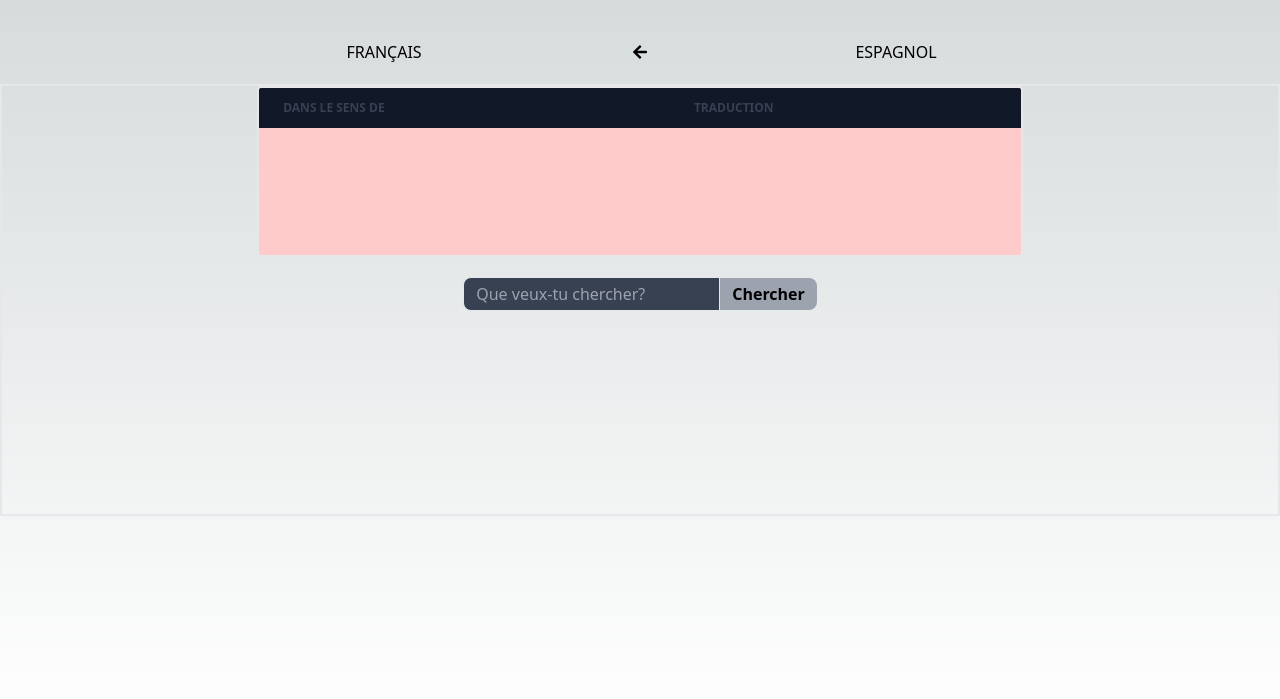
Repository: All-Khwarizmi/Dico
Page: /
The author's editor kept a copy of each file at every save. The page is drawn from the files as they stood at one save, then again after the next save.
The browser window is 1280 px wide. The pictures show the whole page.
The project was rebuilt for these pictures with package versions that can differ from the ones it lists, and the page was loaded fresh each time. The framework's server and built-in components were replaced by stand-ins that run in the browser. Also part of the build but not shown: next.config.js, vite.config.ts.

Above is the page before, as saved 2023-02-17 18:29:14.

### src/app/page.tsx
'use client';
import Image from 'next/image';
import { Inter } from '@next/font/google';
import { FaArrowLeft } from 'react-icons/fa';
import { BsArrowRight } from 'react-icons/bs';
import { FaArrowRight } from 'react-icons/fa';
import EspModal from '@/components/EspModal';
import DicoModal from '@/components/DicoModal';

const inter = Inter({ subsets: ['latin'] });
import parse from 'html-react-parser';
import { useState } from 'react';
import Link from 'next/link';

type Trad = {
  source: string;
  target: string;
};
type Translations = Array<Trad>;
interface TranslationsFetch {
  translations: Array<Trad>;
}
export default function Home() {
  const [word, setWord] = useState<string>('');
  const [isFr, setIsFR] = useState<Boolean>(false);
  const [translations, setTranslations] = useState<Translations>([]);

  const submitWord = (e: React.FormEvent<HTMLFormElement>) => {
    e.preventDefault();
    let check = word.split(' ').length;
    console.log('Submitting', check);
    if (check > 1) {
      return window.alert('1 mot à la fois');
    }
    if (isFr) return fetchDico(word).catch((err) => console.log(err));
     fetchDicoEsp(word).catch((err) => console.log(err));
  };

  const inputWord = (e: React.ChangeEvent<HTMLInputElement>) => {
    return setWord(e.target.value);
  };

  const fetchDico = async (word: string): Promise<void> => {
    console.log('Fetching..');
     const url = 'https://dico-ochre.vercel.app/api/dico';
    const options: RequestInit = {
      method: 'POST',
      headers: {
        'Content-Type': 'text/plain;charset=UTF-8',
      },
      body: JSON.stringify(word),
    };
    const res = await fetch(url, options);
    // eslint-disable-next-line @typescript-eslint/no-unsafe-assignment
    const data = await res.json();
    console.log('Data: ', data);
    // eslint-disable-next-line @typescript-eslint/no-unsafe-assignment
    const { translations }: TranslationsFetch = data;
    setTranslations(translations);
    setWord('');
  };
  const fetchDicoEsp = async (word: string): Promise<void> => {
    console.log('Fetching..');
    const url = 'https://dico-ochre.vercel.app/api/esp';
    const options: RequestInit = {
      method: 'POST',
      headers: {
        'Content-Type': 'text/plain;charset=UTF-8',
      },
      body: JSON.stringify(word),
    };
    const res = await fetch(url, options);
    // eslint-disable-next-line @typescript-eslint/no-unsafe-assignment
    const data = await res.json();
    console.log('Data: ', data);
    // eslint-disable-next-line @typescript-eslint/no-unsafe-assignment
    const { translations }: TranslationsFetch = data;
    setTranslations(translations);
    setWord('');
  };
  return (
    <main className='h-screen w-screen'>
      <div className='grid place-items-center pt-5 '>
        {isFr ? (
          <div className='grid w-[60%] grid-cols-3  place-items-center  '>
            <button onClick={() => setIsFR(!isFr)}>
              <h1 className='py-5 text-center uppercase text-1xl'>Français</h1>
            </button>
            <button onClick={() => setIsFR(!isFr)}>
              <FaArrowRight />
            </button>
            <button onClick={() => setIsFR(!isFr)}>
              <h1 className='py-5 text-center uppercase text-1xl'>Espagnol</h1>
            </button>
          </div>
        ) : (
          <div className='grid w-[60%] grid-cols-3  place-items-center  '>
            <button onClick={() => setIsFR(!isFr)}>
              <h1 className='py-5 text-center uppercase text-1xl'>Français</h1>
            </button>
            <button onClick={() => setIsFR(!isFr)}>
              <FaArrowLeft />
            </button>
            <button onClick={() => setIsFR(!isFr)}>
              <h1 className='py-5 text-center uppercase text-1xl'>Espagnol</h1>
            </button>
          </div>
        )}
      </div>
      <div className='flex h-[60%] flex-col border border-2 items-center gap-5'>
        <div className=' h-[40%] max-h-[40%] w-[60%] overflow-scroll rounded border-2 border-solid bg-red-200'>
          <div className='text-black '>
            <div className=''>
              <table className='  relative w-full text-left text-sm text-gray-500 dark:text-gray-400'>
                <thead className='  sticky top-0 bg-gray-900 text-xs uppercase text-gray-700 '>
                  <tr>
                    <th scope='col' className='px-6 dark:text-white py-3 '>
                      Dans le sens de
                    </th>
                    <th scope='col' className='px-6 dark:text-white py-3 '>
                      Traduction
                    </th>
                  </tr>
                </thead>
                <tbody className='bg-gray-800'>
                  {translations?.map((trad: Trad, index) => {
                    return (
                      <tr
                        className='border-b bg-white dark:border-gray-700 dark:bg-gray-800'
                        key={index}
                      >
                        <td className='px-6 py-4'> {parse(trad?.source)}</td>
                        <th
                          scope='row'
                          className='whitespace-nowrap px-6 py-4 font-medium text-gray-900 dark:text-white'
                        >
                          {parse(trad?.target)}
                        </th>
                      </tr>
                    );
                  })}
                </tbody>
              </table>
            </div>
          </div>
        </div>
        <form className='text-black' onSubmit={(e) => submitWord(e)}>
          <input
            onChange={(event) => inputWord(event)}
            value={word}
            placeholder='Que veux-tu chercher?'
            className='rounded-lg border dark:text-white border-1 bg-gray-700 rounded-r-none px-3 py-1'
            type='text'
            name='word'
            id='word'
          />
          <button
            className='rounded-lg rounded-l-none bg-gray-400 dark:text-white font-bold dark:bg-purple-900 px-3 py-1 dark:py-1.5'
            type='submit'
          >
            Chercher
          </button>
        </form>
      </div>
    </main>
  );
}

Loaded but not shown: src/app/layout.tsx (common file); src/app/globals.css (common file); tailwind.config.js (common file)

After the next save:
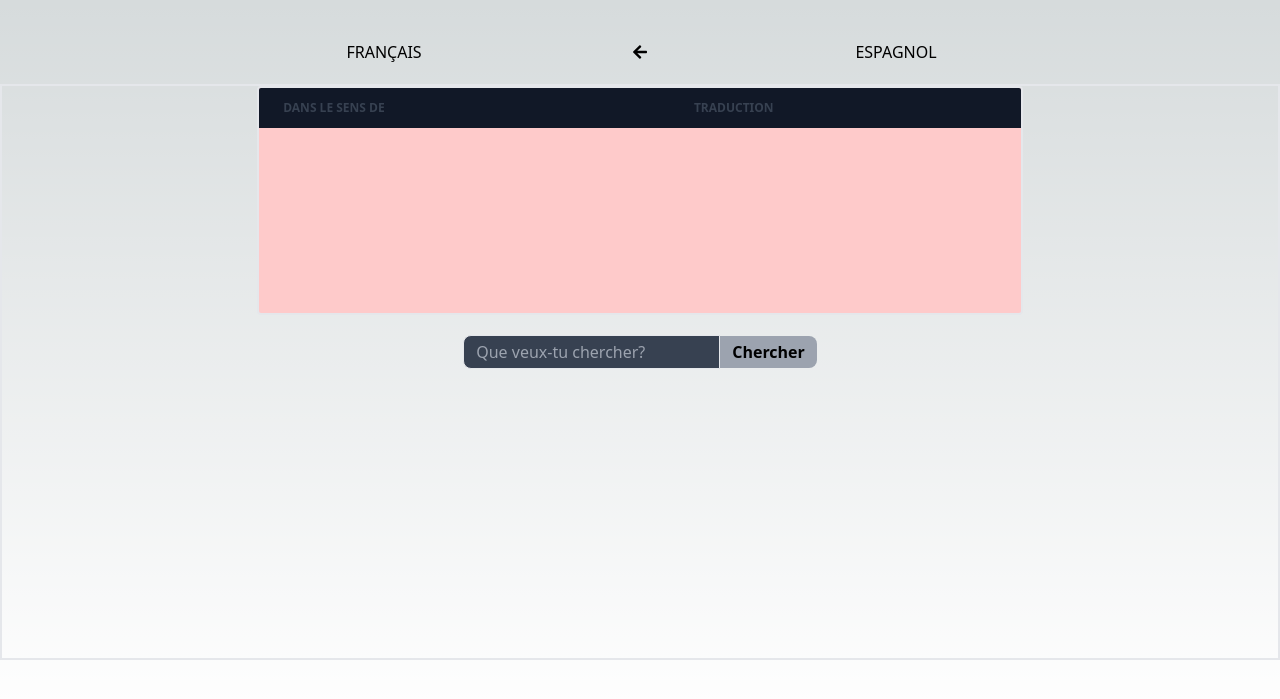
Saved 5 s later.
--- a/src/app/page.tsx
+++ b/src/app/page.tsx
@@ -107,7 +107,7 @@ export default function Home() {
           </div>
         )}
       </div>
-      <div className='flex h-[60%] flex-col border border-2 items-center gap-5'>
+      <div className='flex h-[80%] flex-col border border-2 items-center gap-5'>
         <div className=' h-[40%] max-h-[40%] w-[60%] overflow-scroll rounded border-2 border-solid bg-red-200'>
           <div className='text-black '>
             <div className=''>
